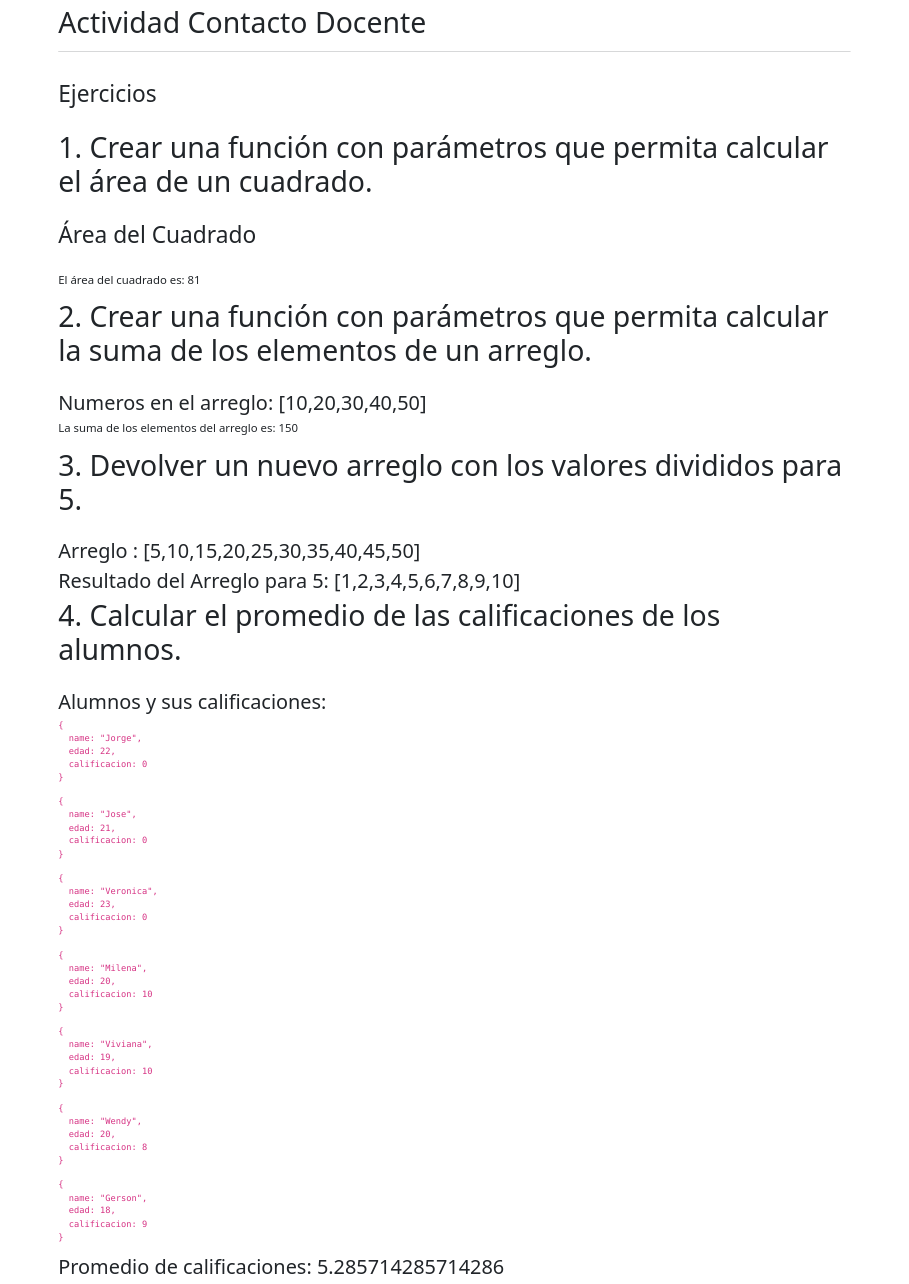
Repository: Jchimbo99/Actvidad1
Page: / (app in typescript-actividad/)
The author's editor kept a copy of each file at every save. The page is drawn from the files as they stood at one save, then again after the next save.
The browser window is 1280 px wide. The pictures show the whole page, at 71% of full size.
The project was rebuilt for these pictures with package versions that can differ from the ones it lists, and the page was loaded fresh each time. Also part of the build but not shown: typescript-actividad/vite.config.ts.

Above is the page before, as saved 2025-01-22 21:08:48.

After the next save:
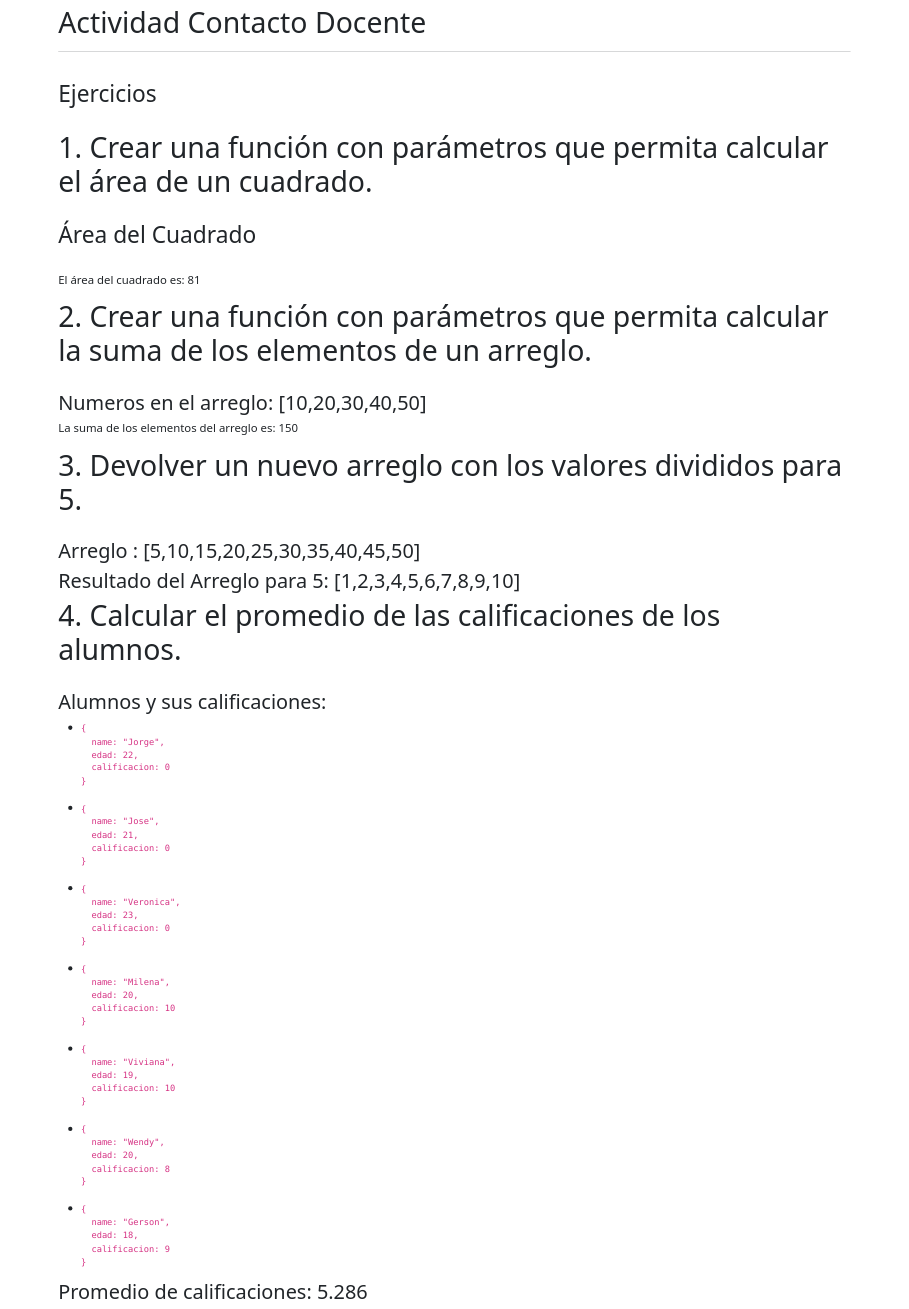
Saved 32 s later.
--- a/typescript-actividad/src/typescript/PromedioCalificaciones.tsx
+++ b/typescript-actividad/src/typescript/PromedioCalificaciones.tsx
@@ -56,16 +56,16 @@ export const PromedioCalificaciones = () => {
             <h1>4. Calcular el promedio de las calificaciones de los alumnos.</h1>
             <br />
             <h3>Alumnos y sus calificaciones:</h3>
-            <ul style={{ listStyleType: "none", paddingLeft: "0" }}>
+            <ul>
                 {alumnos.map((alumno) => (
-                    <li>
+                    <li key={alumno.name}>
                         <code>
                             <pre>{`{\n  name: "${alumno.name}",\n  edad: ${alumno.edad},\n  calificacion: ${alumno.calificacion}\n}`}</pre>
                         </code>
                     </li>
                 ))}
             </ul>
-            <h3>Promedio de calificaciones: {promedio}</h3>
+            <h3>Promedio de calificaciones: {promedio.toFixed(3)}</h3>
         </div>
     );
 };
